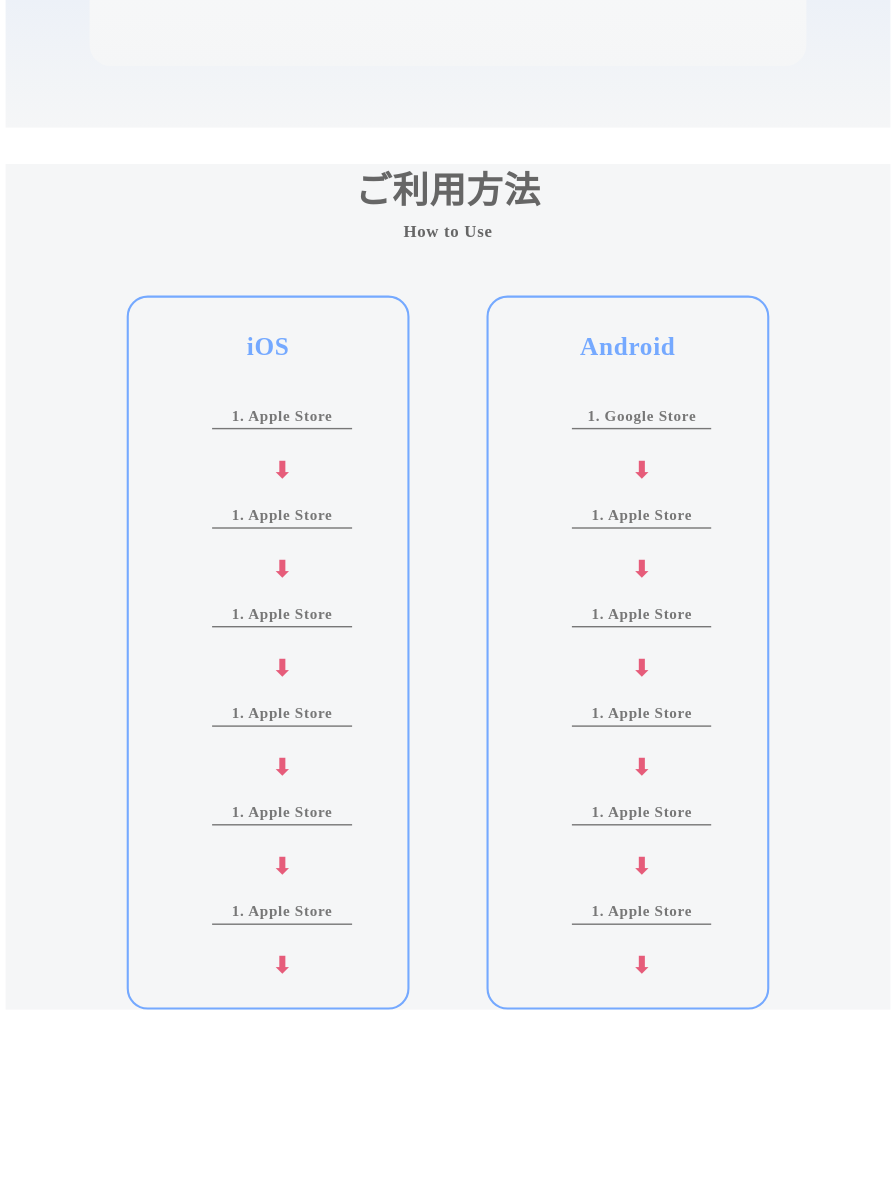
Repository: nozomi-23/LP2
Page: index.html
These files come from the project's save history. The page is drawn as it stood at one moment and after the next save; the edit follows.
The browser window is 1280 px wide. The pictures show the part of the page from y = 3835 to 5755 px (the page is 5519 px tall before and 5755 px after), at 70% of full size.

Above is the page before, as saved 2022-06-15 18:21:21.
Not found: css/reset.css

After the next save:
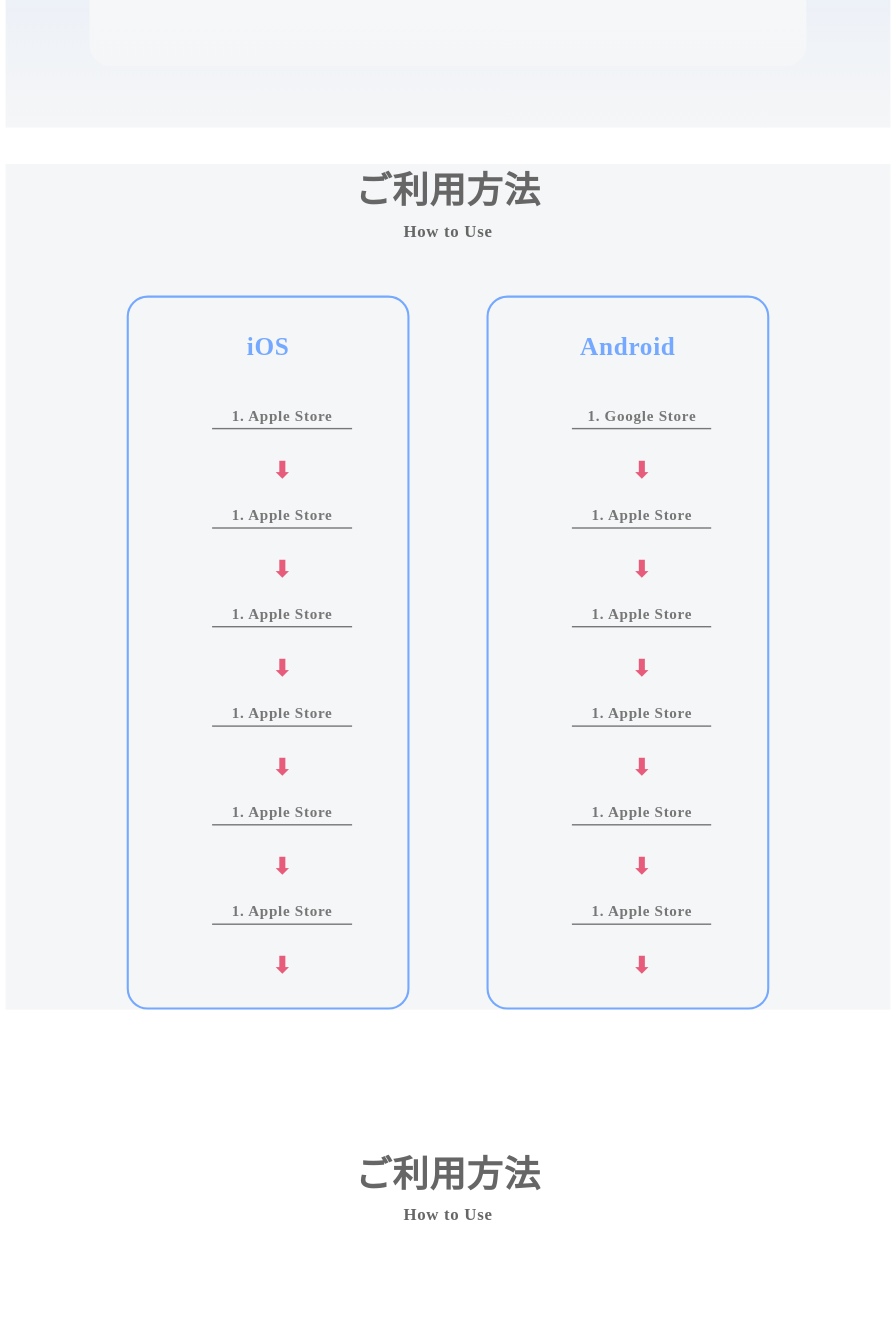
Saved 41 s later.
--- a/index.html
+++ b/index.html
@@ -183,8 +183,8 @@
     <!--======================= faq -->
     <section class="faq section" id="faq">
       <div class="inner">
-
-      </div>
+        <h3 class="font3 font3_sub">ご利用方法
+          <small>How to Use</small>
     </section>
   </main>
 </body>
